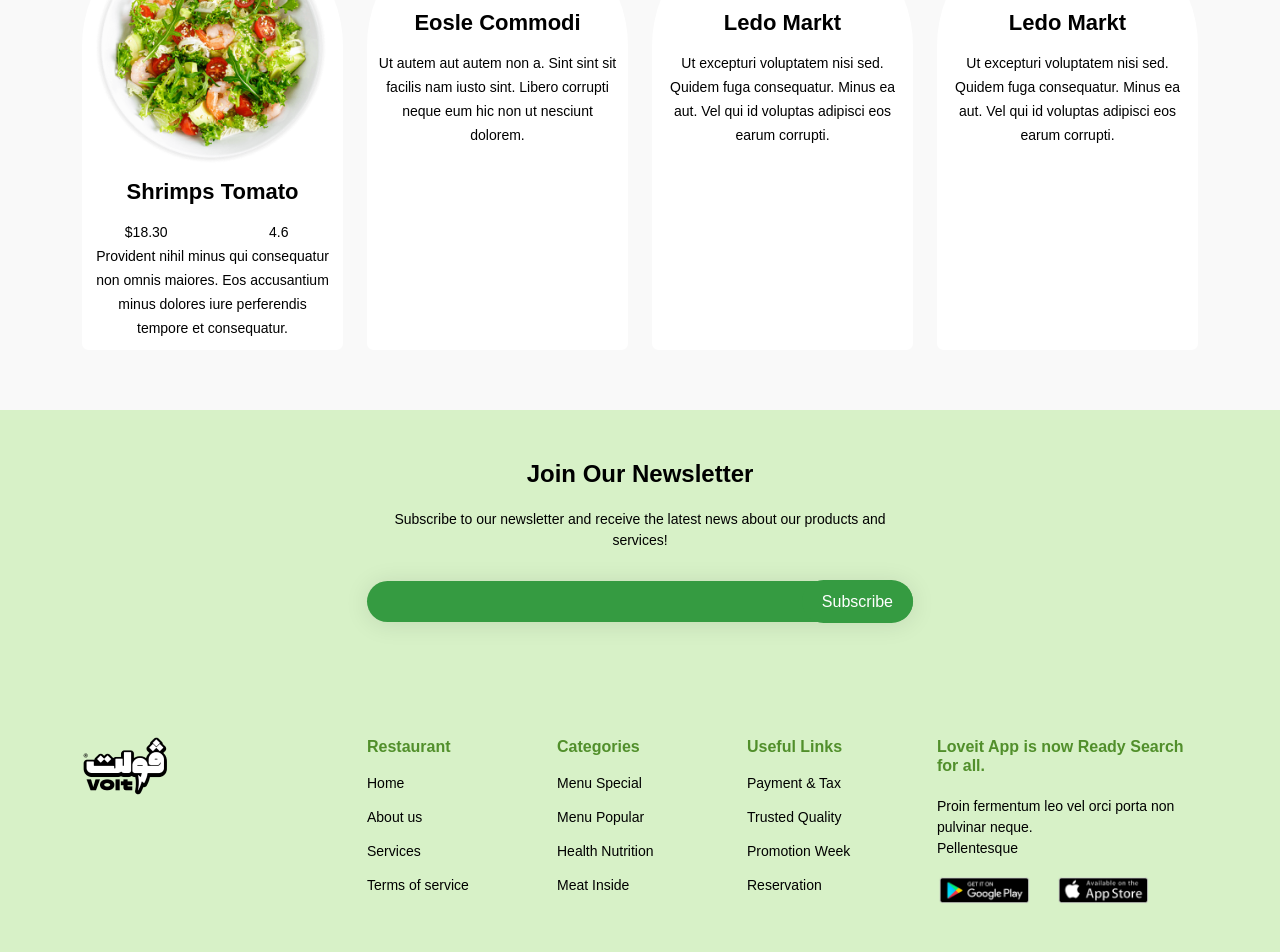
Repository: junivig/volt-new-project
Page: index.html
An editor plug-in stored every save of this project. The page is shown before and after the next save, followed by the edit.
The browser window is 1280 px wide. The pictures show the part of the page from y = 2128 to 3080 px (the page is 3126 px tall before and 3150 px after).

Above is the page before, as saved 2025-01-30 12:25:33.

### index.html
<!DOCTYPE html>
<html lang="en">

<head>
  <meta charset="utf-8">
  <meta content="width=device-width, initial-scale=1.0" name="viewport">
  <title>index - Voltfood</title>
  <meta name="description" content="">
  <meta name="keywords" content="">

  <!-- Favicons -->
  <link href="assets/img/favicon.png" rel="icon">
  <link href="assets/img/apple-touch-icon.png" rel="apple-touch-icon">

  <!-- Fonts -->
  <link href="https://fonts.googleapis.com" rel="preconnect">
  <link href="https://fonts.gstatic.com" rel="preconnect" crossorigin>
  <link href="https://fonts.googleapis.com/css2?family=Roboto:ital,wght@0,100;0,300;0,400;0,500;0,700;0,900;1,100;1,300;1,400;1,500;1,700;1,900&family=Raleway:ital,wght@0,100;0,200;0,300;0,400;0,500;0,600;0,700;0,800;0,900;1,100;1,200;1,300;1,400;1,500;1,600;1,700;1,800;1,900&family=Ubuntu:ital,wght@0,300;0,400;0,500;0,700;1,300;1,400;1,500;1,700&display=swap" rel="stylesheet">

  <!-- Vendor CSS Files -->
  <link href="assets/vendor/bootstrap/css/bootstrap.min.css" rel="stylesheet">
  <link href="assets/vendor/bootstrap-icons/bootstrap-icons.css" rel="stylesheet">
  <link href="assets/vendor/aos/aos.css" rel="stylesheet">
  <link href="assets/vendor/glightbox/css/glightbox.min.css" rel="stylesheet">
  <link href="assets/vendor/swiper/swiper-bundle.min.css" rel="stylesheet">

  <!-- Main CSS File -->
  <link href="assets/css/main.css" rel="stylesheet">

  <!-- =======================================================
  * Template Name: eNno
  * Template URL: https://bootstrapmade.com/enno-free-simple-bootstrap-template/
  * Updated: Aug 07 2024 with Bootstrap v5.3.3
  * Author: BootstrapMade.com
  * License: https://bootstrapmade.com/license/
  ======================================================== -->
</head>

<body class="index-page">

  <header id="header" class="header ">
    <div class="container-fluid  top-header">
      <div class="container-xl">
          <div class="row align-items-center">
              <div class="col-md-8 d-flex align-items-center">
                <nav id="navmenu" class="navmenu">
                  <ul>
                <li class="">
                  <img src="assets/img/location-icon.png" alt="Location Icon" class="icon-right">
                  <span class="top-header-text">Address, Fox 99 Roving St, Big City PKU</span>
              </li>
                <li class="">
                  <img src="assets/img/email-icon.png" alt="Email Icon" class="icon-right">
                  <span class="top-header-text">hello@awesomesite.com</span>
              </li>
              <li class="">
                <img src="assets/img/phone-icon.png" alt="Phone Icon" class="icon-right">
                <span class="top-header-text">+123-234-1234</span>
            </li>
                  </ul>
                </nav>
              </div>
              <div class="col-md-4 text-end">
                  <a href="#" >Register</a>
                  <a href="#">Login</a>
              </div>
          </div>
        </div>
  </div>
    <div class="container-fluid container-xl position-relative d-flex align-items-center">

      <a href="index.html" class="logo d-flex align-items-center me-auto">

        <img src="assets/img/logo.png" alt="Logo Image">
      </a>

      <nav id="navmenu" class="navmenu">
        <ul>
          <li><a href="#hero" class="active">HOMEPAGE</a></li>
          <li><a href="#about">ABOUT US</a></li>
          <li><a href="#services">MENU</a></li>
          <li><a href="#portfolio">MY ACCOUNT</a></li>
          <li><a href="#team">MY CART</a></li>
          <!-- <li class="dropdown"><a href="#"><span>Dropdown</span> <i class="bi bi-chevron-down toggle-dropdown"></i></a>
            <ul>
              <li><a href="#">Dropdown 1</a></li>
              <li class="dropdown"><a href="#"><span>Deep Dropdown</span> <i class="bi bi-chevron-down toggle-dropdown"></i></a>
                <ul>
                  <li><a href="#">Deep Dropdown 1</a></li>
                  <li><a href="#">Deep Dropdown 2</a></li>
                  <li><a href="#">Deep Dropdown 3</a></li>
                  <li><a href="#">Deep Dropdown 4</a></li>
                  <li><a href="#">Deep Dropdown 5</a></li>
                </ul>
              </li>
              <li><a href="#">Dropdown 2</a></li>
              <li><a href="#">Dropdown 3</a></li>
              <li><a href="#">Dropdown 4</a></li>
            </ul>
          </li> -->
        </ul>
        <i class="mobile-nav-toggle d-xl-none bi bi-list"></i>
      </nav>

      <!-- <a class="btn-getstarted" href="index.html#about">Get Started</a> -->

    </div>
  </header>

  <main class="main">

    <!-- Hero Section -->
    <section id="hero" class="hero section bg-image">

      <div class="container">
        <div class="row ">
          <div class="col-lg-6 order-2 order-lg-1 d-flex flex-column justify-content-center" data-aos="fade-up">
            <h1>Discover Food Taste Our <span class="secondary-color">Best</span> Healthy & Tasty.</h1>
            <p>Discover food taste our best integer enim neque volutpat ac morbi
              enim faucibus amet consectetur adipiscing tempus pharetra.</p>
            <div class="d-flex">
              <a href="#about" class="btn-get-started">DISCOVER NOW</a>
              <a href="https://www.youtube.com/watch?v=Y7f98aduVJ8" class="glightbox btn-watch-video d-flex align-items-center"><i class="bi bi-play-circle"></i></a>
            </div>
          </div>
          <div class="col-lg-6 order-1 order-lg-2 hero-img" data-aos="zoom-out" data-aos-delay="100">
            <img src="assets/img/hero-img.png" class="img-fluid " alt="">
          </div>
        </div>
      </div>

    </section><!-- /Hero Section -->

   <!-- Featured Services Section -->
   <section id="featured-services" class="featured-services section ">

    <div class="container">

      <div class="row gy-4">

        <div class="col-lg-4 d-flex" data-aos="fade-up" data-aos-delay="100">
          <div class="service-item position-relative">
            <div class="row">
              <div class="col-lg-6 col-md-6 col-sm-6">
                <p class="features-text">UP TO 35%</p>
                <h4 class="features-heading mt-3">Vegetable & Benefit</h4>
                <div class="icon"><img src="assets/img/button-icon.png" alt="Location Icon" class="icon-right">
                  <span class="features-button-text">READ MORE</span>
                </div>
              </div>
              <div class="col-lg-6 col-md-6 col-sm-6">
                <img src="assets/img/feature-icon-one.png" class="img-fluid " alt="">
              </div>
            </div>
          </div>
        </div><!-- End Service Item -->

        <div class="col-lg-4 d-flex" data-aos="fade-up" data-aos-delay="200">
          <div class="service-item-two position-relative">
            <div class="row">
              <div class="col-lg-6 col-md-6 col-sm-6">
                <p class="features-text">ORGANIC FARM</p>
                <h4 class="features-heading mt-3">Change Fruit Plan</h4>
                <div class="icon"><img src="assets/img/button-icon.png" alt="Location Icon" class="icon-right">
                  <span class="features-button-text">READ MORE</span>
                </div>
              </div>
              <div class="col-lg-6 col-md-6 col-sm-6">
                <img src="assets/img/feature-icon-two.png" class="img-fluid " alt="">
              </div>
            </div>
          </div>
        </div><!-- End Service Item -->

        <div class="col-lg-4 d-flex" data-aos="fade-up" data-aos-delay="300">
          <div class="service-item-three position-relative">
            <div class="row">
              <div class="col-lg-6 col-md-6 col-sm-6">
                <p class="features-text">MEAT TIME</p>
                <h4 class="features-heading mt-3">Totally Meat Inside</h4>
                <div class="icon"><img src="assets/img/button-icon.png" alt="Location Icon" class="icon-right">
                  <span class="features-button-text">READ MORE</span>
                </div>
              </div>
              <div class="col-lg-6 col-md-6 col-sm-6">
                <img src="assets/img/feature-icon-three.png" class="img-fluid " alt="">
              </div>
            </div>
          </div>
        </div><!-- End Service Item -->

      </div>

    </div>

    <div class="container mt-5 inner-features">
      <div class="row gy-4">
        <div class="col-lg-3 d-flex" data-aos="fade-up" data-aos-delay="100">
          <div class="service-item-inner position-relative">
            <div class="row">
              <div class="col-lg-3 col-md-3 col-sm-3">
                <img src="assets/img/inner-features-icon-one.png" class="img-fluid " alt="">
                </div>
              <div class="col-lg-9 col-md-9 col-sm-9">
                <h4 class="features-inner-heading">Organic Farm</h4>
                <p class="features-inner-text">Product Fresh Veggies</p>
              </div>
            </div>
          </div>
        </div><!-- End Service Item -->

        <div class="col-lg-3 d-flex" data-aos="fade-up" data-aos-delay="200">
          <div class="service-item-inner-two position-relative">
            <div class="row">
              <div class="col-lg-3 col-md-3 col-sm-3">
                <img src="assets/img/inner-features-icon-two.png" class="img-fluid " alt="">
                </div>
              <div class="col-lg-9 col-md-9 col-sm-9">
                <h4 class="features-inner-heading-two">Free Delivery</h4>
                <p class="features-inner-text-two">Fast Delivery Order</p>
              </div>
            </div>
          </div>
        </div><!-- End Service Item -->

        <div class="col-lg-3 d-flex" data-aos="fade-up" data-aos-delay="300">
          <div class="service-item-inner-two position-relative">
            <div class="row">
              <div class="col-lg-3 col-md-3 col-sm-3">
                <img src="assets/img/inner-features-icon-three.png" class="img-fluid " alt="">
                </div>
              <div class="col-lg-9 col-md-9 col-sm-9">
                <h4 class="features-inner-heading-two">Promotion Week</h4>
                <p class="features-inner-text-two">Promotion and Discount</p>
              </div>
            </div>
          </div>
        </div><!-- End Service Item -->

        <div class="col-lg-3 d-flex" data-aos="fade-up" data-aos-delay="300">
          <div class="service-item-inner-two position-relative">
            <div class="row">
              <div class="col-lg-3 col-md-3 col-sm-3">
                <img src="assets/img/inner-features-icon-four.png" class="img-fluid " alt="">
                </div>
              <div class="col-lg-9 col-md-9 col-sm-9">
                <h4 class="features-inner-heading-two">Trusted & Quality</h4>
                <p class="features-inner-text-two">Best Quality Restaurant</p>
              </div>
            </div>
          </div>
        </div><!-- End Service Item -->

      </div>

    </div>

  </section>
  <!-- /Featured Services Section -->

     <!-- About Section -->
     <section id="about" class="about section bg-image">
      <div class="container">
        <div class="row ">
          <div class="col-lg-6 " data-aos="zoom-out" data-aos-delay="100">
            <img src="assets/img/about.png" class="img-fluid " alt="">
          </div>
          <div class="col-lg-6 order-2 order-lg-1 d-flex flex-column justify-content-center" data-aos="fade-up">
            <h4 class="about-us-text">About Us</h4>
            <h1>The Best Enjoyable Place Around You.</h1>
            <p>We are the best quality elementum integer enim neque volutpat ac. Morbi
              enim nunc faucibus a. Amet consectetur adipiscing elit duis tempus pharetra.</p>

              <span class="about-inner-text">Massa placerat duis ultricies lacus sed turpis tincidunt id. Interdum varius sit amet
                mattis  enim. Quis hendrerit dolor magna eget est lorem ipsum dolor. Sagittis scelerisque
                purus semper eget duis. Viverra maecenas accumsan lacus vel facilisis volutpat est.
                Ultricies lacus sed turpis tincidunt id aliquet risus feugiat in. Adipiscing elit duis tristique
                sollicitudin nibh sit. Porttitor lacus luctus accumsan tortor.</span>
            <div class="d-flex">
               <!-- Stats Section -->
    <section id="stats" class="stats section">
      <div class="container" data-aos="fade-up" data-aos-delay="100">
        <div class="row gy-4">
          <div class="col-lg-4 col-md-4 col-sm-4">
            <div class="stats-item">
              <span data-purecounter-start="0" data-purecounter-end="108" data-purecounter-duration="1" class="purecounter"></span><span>+</span>
              <p>EXPERT CHEF</p>
            </div>
          </div><!-- End Stats Item -->

          <div class="col-lg-4 col-md-4 col-sm-4">
            <div class="stats-item">
              <span data-purecounter-start="0" data-purecounter-end="140" data-purecounter-duration="1" class="purecounter"></span><span>+</span>
              <p>MENU OF FOOD</p>
            </div>
          </div><!-- End Stats Item -->

          <div class="col-lg-4 col-md-4 col-sm-4">
            <div class="stats-item">
              <span data-purecounter-start="0" data-purecounter-end="3200" data-purecounter-duration="1" class="purecounter"></span><span>+</span>
              <p>ORDER DELIVERED</p>
            </div>
          </div><!-- End Stats Item -->
        </div>

      </div>

    </section>

                </div>
            </div>
          </div>
        </div>
      </div>

    </section><!-- /About Section -->

        <!-- Services Section -->
        <section id="services" class="services section light-background">

          <!-- Section Title -->
          <div class="container section-title" data-aos="fade-up">
            <h4 class="about-us-text">Delicious Food</h4>
            <h2>Our Special Vegans Food.</h2>
          </div><!-- End Section Title -->

          <div class="container">
            <div class="row gy-4">
              <div class="col-lg-3 col-md-6" data-aos="fade-up" data-aos-delay="100">
                <div class="service-item position-relative">
                  <div class="">
                    <img src="assets/img/menu-one.png" class="img-fluid " alt="">
                  </div>
                  <a href="service-details.html" class="stretched-link">
                    <h3>Shrimps Tomato</h3>
                  </a>
                  <div class="row">
                    <div class="col-6">
                      <p>$18.30</p>
                    </div>
                    <div class="col-6">
                      <p>4.6</p>
                    </div>
                  </div>
                  <p>Provident nihil minus qui consequatur non omnis maiores. Eos accusantium minus dolores iure perferendis tempore et consequatur.</p>
                </div>
              </div><!-- End Service Item -->

              <div class="col-lg-3 col-md-6" data-aos="fade-up" data-aos-delay="200">
                <div class="service-item position-relative">
                  <div class="icon">
                    <i class="bi bi-broadcast"></i>
                  </div>
                  <a href="service-details.html" class="stretched-link">
                    <h3>Eosle Commodi</h3>
                  </a>
                  <p>Ut autem aut autem non a. Sint sint sit facilis nam iusto sint. Libero corrupti neque eum hic non ut nesciunt dolorem.</p>
                </div>
              </div><!-- End Service Item -->

              <div class="col-lg-3 col-md-6" data-aos="fade-up" data-aos-delay="300">
                <div class="service-item position-relative">
                  <div class="icon">
                    <i class="bi bi-easel"></i>
                  </div>
                  <a href="service-details.html" class="stretched-link">
                    <h3>Ledo Markt</h3>
                  </a>
                  <p>Ut excepturi voluptatem nisi sed. Quidem fuga consequatur. Minus ea aut. Vel qui id voluptas adipisci eos earum corrupti.</p>
                </div>
              </div><!-- End Service Item -->

              <div class="col-lg-3 col-md-6" data-aos="fade-up" data-aos-delay="300">
                <div class="service-item position-relative">
                  <div class="icon">
                    <i class="bi bi-easel"></i>
                  </div>
                  <a href="service-details.html" class="stretched-link">
                    <h3>Ledo Markt</h3>
                  </a>
                  <p>Ut excepturi voluptatem nisi sed. Quidem fuga consequatur. Minus ea aut. Vel qui id voluptas adipisci eos earum corrupti.</p>
                </div>
              </div><!-- End Service Item -->

            </div>

          </div>

        </section><!-- /Services Section -->

  </main>

  <footer id="footer" class="footer">

    <div class="footer-newsletter">
      <div class="container">
        <div class="row justify-content-center text-center">
          <div class="col-lg-6">
            <h4>Join Our Newsletter</h4>
            <p>Subscribe to our newsletter and receive the latest news about our products and services!</p>
            <form action="forms/newsletter.php" method="post" class="php-email-form">
              <div class="newsletter-form"><input type="email" name="email"><input type="submit" value="Subscribe"></div>
              <div class="loading">Loading</div>
              <div class="error-message"></div>
              <div class="sent-message">Your subscription request has been sent. Thank you!</div>
            </form>
          </div>
        </div>
      </div>
    </div>

    <div class="container footer-top">
      <div class="row gy-4">
        <div class="col-lg-3 col-md-6 footer-about">
          <a href="index.html" class="logo d-flex align-items-center me-auto">
            <img src="assets/img/logo.png" alt="Logo Image">
          </a>

        </div>

        <div class="col-lg-2 col-md-3 footer-links">
          <h4 class="footer-pages-heading">Restaurant</h4>
          <ul>
            <li> <a href="#">Home</a></li>
            <li> <a href="#">About us</a></li>
            <li> <a href="#">Services</a></li>
            <li> <a href="#">Terms of service</a></li>
          </ul>
        </div>

        <div class="col-lg-2 col-md-3 footer-links">
          <h4 class="footer-pages-heading">Categories</h4>
          <ul>
            <li> <a href="#">Menu Special</a></li>
            <li> <a href="#">Menu Popular</a></li>
            <li> <a href="#">Health Nutrition</a></li>
            <li> <a href="#">Meat Inside</a></li>
          </ul>
        </div>
        <div class="col-lg-2 col-md-3 footer-links">
          <h4 class="footer-pages-heading">Useful Links</h4>
          <ul>
            <li> <a href="#">Payment & Tax</a></li>
            <li> <a href="#">Trusted Quality</a></li>
            <li> <a href="#">Promotion Week</a></li>
            <li> <a href="#">Reservation</a></li>
          </ul>
        </div>

        <div class="col-lg-3 col-md-12">
          <h4 class="footer-pages-heading">Loveit App is now Ready Search for all.</h4>
          <p>Proin fermentum leo vel orci porta non pulvinar neque. <br> Pellentesque</p>
          <div class="row">
            <div class="col-lg-5 col-md-6 col-sm-12">
              <img src="assets/img/android.png" alt="Google Play Image" class="mobile-app-image">
           </div>
           <div class="col-lg-5 col-md-6 col-sm-12">
            <img src="assets/img/apple.png" alt="Apple Store Image" class="mobile-app-image">
         </div>
        </div>

      </div>
    </div>
    </div>
    <div class="row copyright mt-4">
      <div class="row">
      <div class="col-lg-6 col-md-12 col-sm-12">
        <p class="mt-2">© 2025<span>Copyright All Rights Reserved</span></p>
      </div>
      <div class="col-lg-3 col-md-12 col-md-12">
      </div>
      <div class="col-lg-3 col-md-12 col-md-12 social-media-icons">
        <div class="social-links d-flex text-end">
          <a href=""><img src="assets/img/facebook.png" alt="Logo Image"></a>
          <a href=""><img src="assets/img/twitter.png" alt="Logo Image"></a>
          <a href=""><img src="assets/img/linkedin.png" alt="Logo Image"></i></a>
          <a href=""><img src="assets/img/youtube.png" alt="Logo Image"></i></a>
        </div>
      </div>
      </div>
    </div>
  </footer>

  <!-- Scroll Top -->
  <a href="#" id="scroll-top" class="scroll-top d-flex align-items-center justify-content-center"><i class="bi bi-arrow-up-short"></i></a>

  <!-- Preloader -->
  <div id="preloader"></div>

  <!-- Vendor JS Files -->
  <script src="assets/vendor/bootstrap/js/bootstrap.bundle.min.js"></script>
  <script src="assets/vendor/php-email-form/validate.js"></script>
  <script src="assets/vendor/aos/aos.js"></script>
  <script src="assets/vendor/glightbox/js/glightbox.min.js"></script>
  <script src="assets/vendor/purecounter/purecounter_vanilla.js"></script>
  <script src="assets/vendor/imagesloaded/imagesloaded.pkgd.min.js"></script>
  <script src="assets/vendor/isotope-layout/isotope.pkgd.min.js"></script>
  <script src="assets/vendor/swiper/swiper-bundle.min.js"></script>

  <!-- Main JS File -->
  <script src="assets/js/main.js"></script>

</body>

</html>

Loaded but not shown: assets/vendor/bootstrap/css/bootstrap.min.css (library); assets/vendor/bootstrap-icons/bootstrap-icons.css (library); assets/vendor/aos/aos.css (library); assets/vendor/glightbox/css/glightbox.min.css (library); assets/vendor/swiper/swiper-bundle.min.css (library); assets/vendor/bootstrap/js/bootstrap.bundle.min.js (library); assets/vendor/php-email-form/validate.js (common file); assets/vendor/aos/aos.js (library); assets/vendor/glightbox/js/glightbox.min.js (library); assets/vendor/purecounter/purecounter_vanilla.js (library); assets/vendor/imagesloaded/imagesloaded.pkgd.min.js (library); assets/vendor/isotope-layout/isotope.pkgd.min.js (library); assets/vendor/swiper/swiper-bundle.min.js (library); assets/js/main.js (209 lines, source omitted); assets/css/main.css (2406 lines, source omitted)

After the next save:
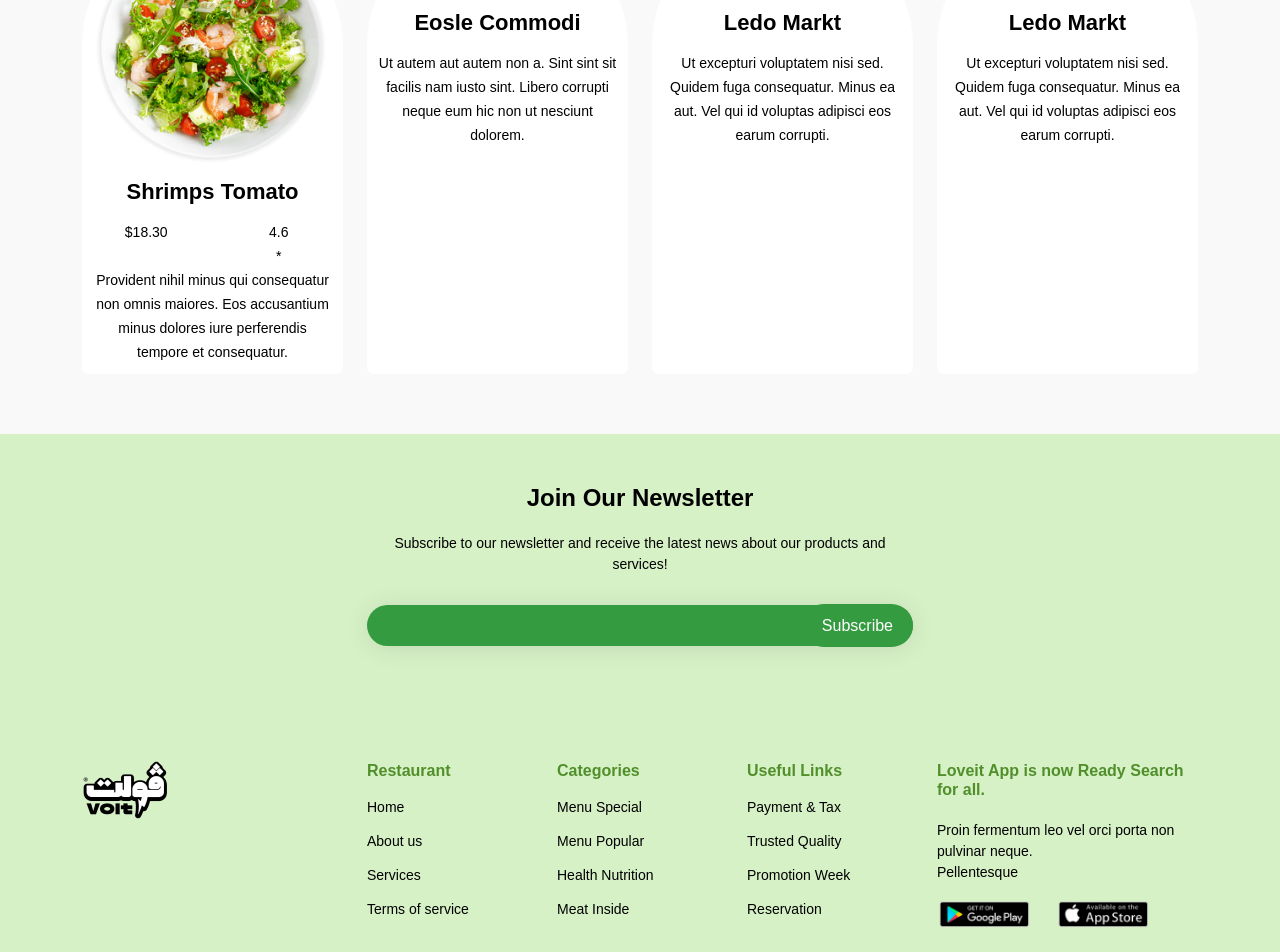
Saved 73 s later.
--- a/index.html
+++ b/index.html
@@ -340,6 +340,7 @@
                     </div>
                     <div class="col-6">
                       <p>4.6</p>
+                      <p>*</p>
                     </div>
                   </div>
                   <p>Provident nihil minus qui consequatur non omnis maiores. Eos accusantium minus dolores iure perferendis tempore et consequatur.</p>
